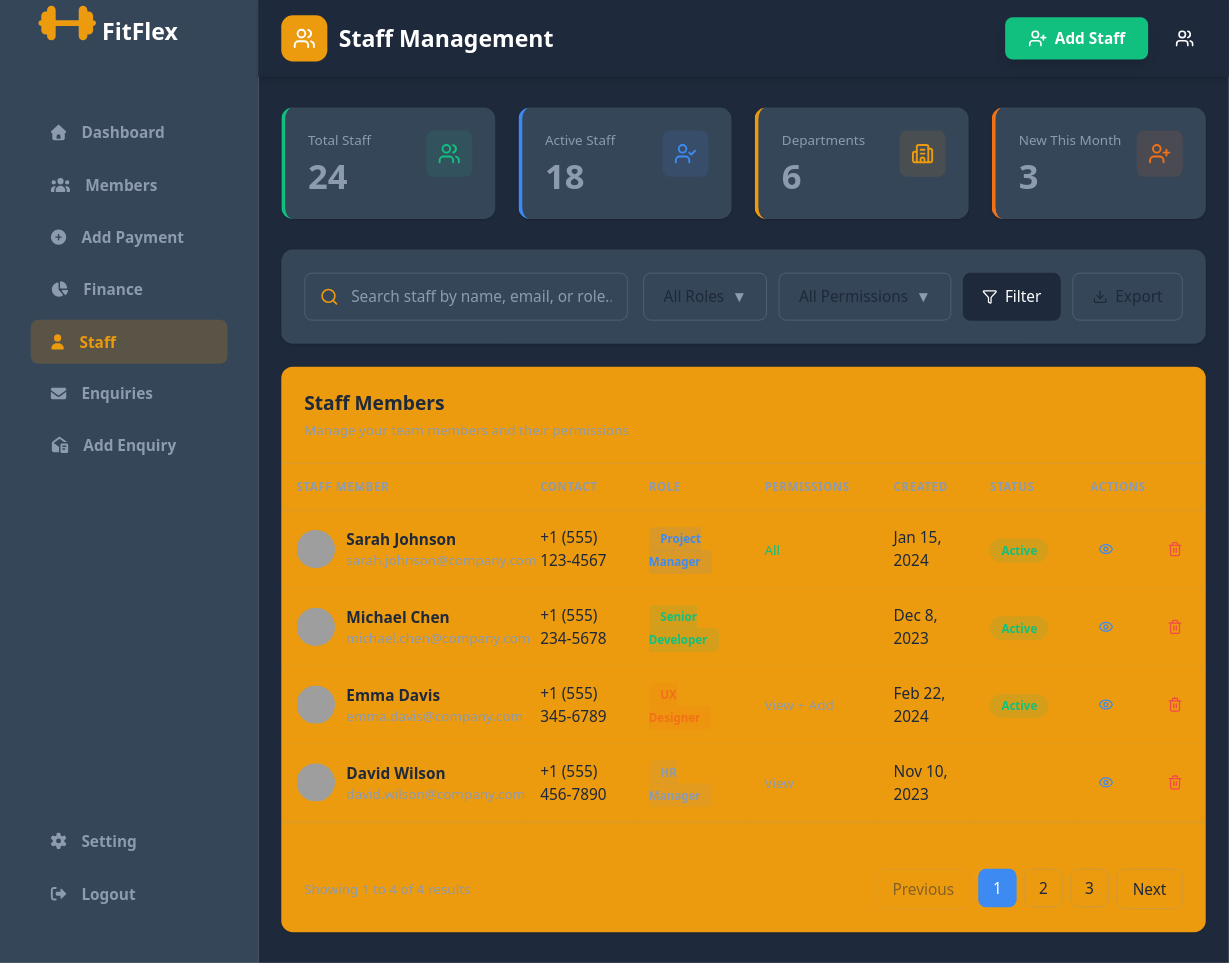
Repository: MuhammadTalhaTaj/gym_management_app_backend
Page: /staff (app in frontend/)
The author's editor kept a copy of each file at every save. The page is drawn from the files as they stood at one save, then again after the next save.
The browser window is 1280 px wide. The pictures show the whole page, at 96% of full size.
Pictures or frames that could not be fetched are drawn as grey boxes. The project was rebuilt for these pictures with package versions that can differ from the ones it lists, and the page was loaded fresh each time. Also part of the build but not shown: frontend/vite.config.ts, frontend/src/assets/styles/AdminHeader.css, frontend/src/Components/AdminHeader.tsx, frontend/src/assets/styles/AdminDashboard.css, frontend/src/hooks/useDashboardData.ts, frontend/src/assets/styles/AdminDashboardStats.css, frontend/src/Components/AdminDashboardStats.tsx, frontend/src/Components/IncomeExpenseChart.tsx and 30 more.

Above is the page before, as saved 2025-11-21 10:01:22.

After the next save:
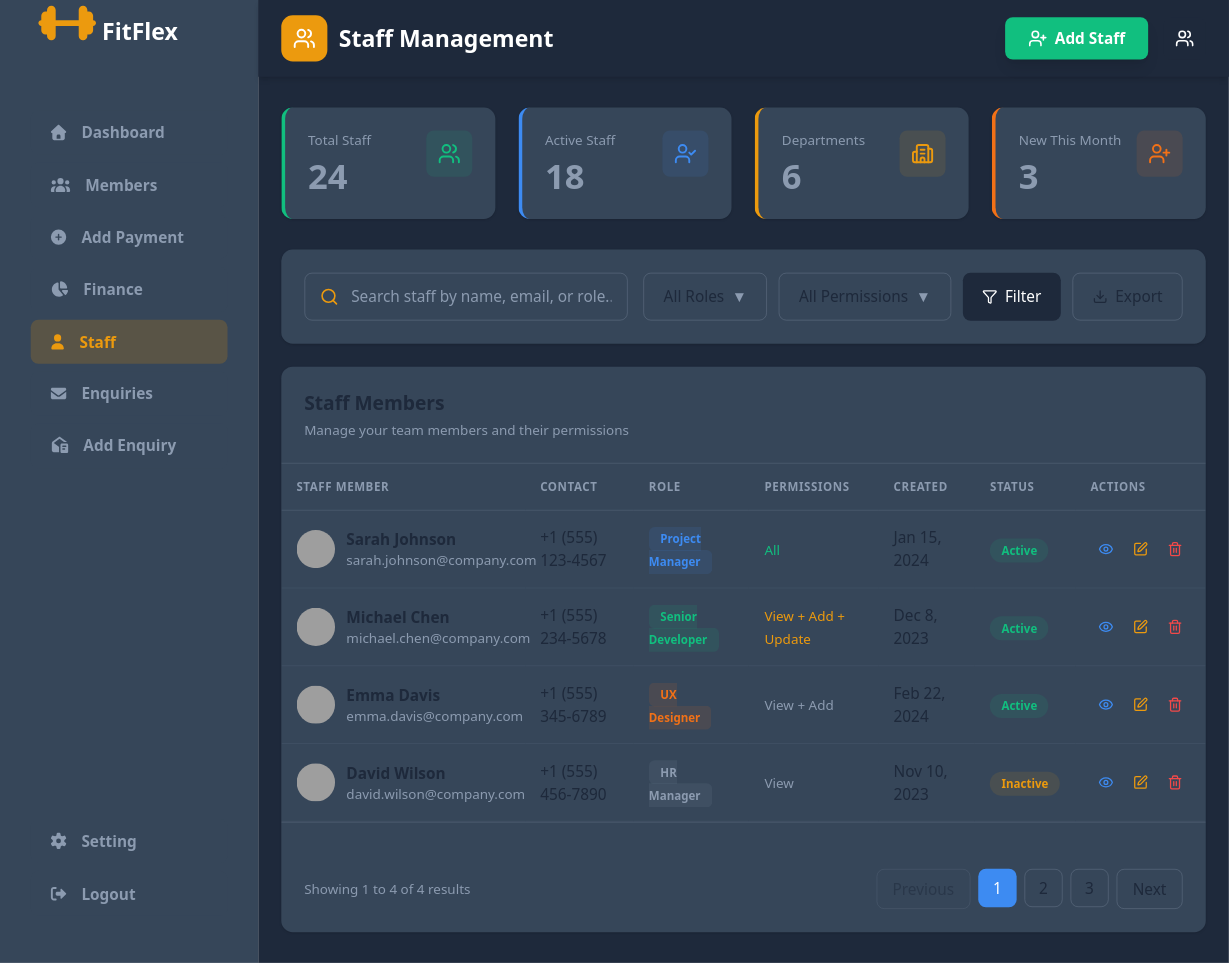
Saved 7 s later.
--- a/frontend/src/pages/Admin/Staff.tsx
+++ b/frontend/src/pages/Admin/Staff.tsx
@@ -319,7 +319,7 @@ const Staff = () => {
         </div>
 
         {/* Staff Table */}
-        <div className="bg-[var(--secondary-100)] rounded-xl shadow-sm overflow-hidden">
+        <div className="bg-[var(--primary-100)] rounded-xl shadow-sm overflow-hidden">
           <div className="p-6 border-b border-[#8C9BB0]/20">
             <h2 className="text-xl font-bold text-[#1E293B]">Staff Members</h2>
             <p className="text-[#8C9BB0] text-sm mt-1">Manage your team members and their permissions</p>
